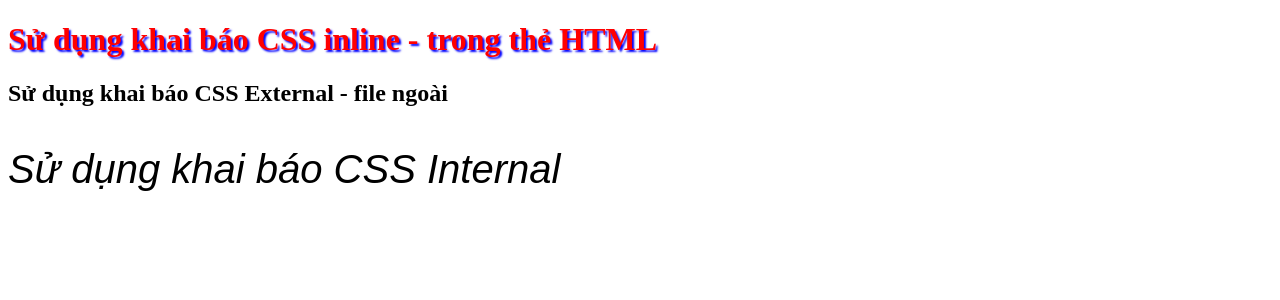
Repository: Pr-DuyTam/HTML-CSS-JS-PHP
Page: CSS/Bài Tập CSS/Bai1.html
These files come from the project's save history. The page is drawn as it stood at one moment and after a run of saves; the edit follows.
The browser window is 1280 px wide. The pictures show the whole page.

Above is the page before, as saved 2023-08-03 08:40:04.

### CSS/Bài Tập CSS/Bai1.html
<!DOCTYPE html>
<html lang="en">
<head>
    <meta charset="UTF-8">
    <meta name="viewport" content="width=device-width, initial-scale=1.0">
    <title>Bài tập 1</title>
    <style>
        h1{
            color: red;
            text-shadow: 2px 2px 2px blue; /*Tạo bóng cho chữ*/
        }
        p{
            font-family: Arial, Helvetica, sans-serif; /*Phông chữ*/
            font-size: 40px; /*cỡ chữ*/
            font-style: italic; /*Chữ nghiêng*/
            font-weight: 200; /*Độ dày của chữ*/

        }
    </style>
</head>
<body>
    <h1 >
        Sử dụng khai báo CSS inline - trong thẻ HTML
    </h1>
    <h2>Sử dụng khai báo CSS External - file ngoài</h2>
    <p>Sử dụng khai báo CSS Internal</p>
</body>
</html>

After the next 2 saves:
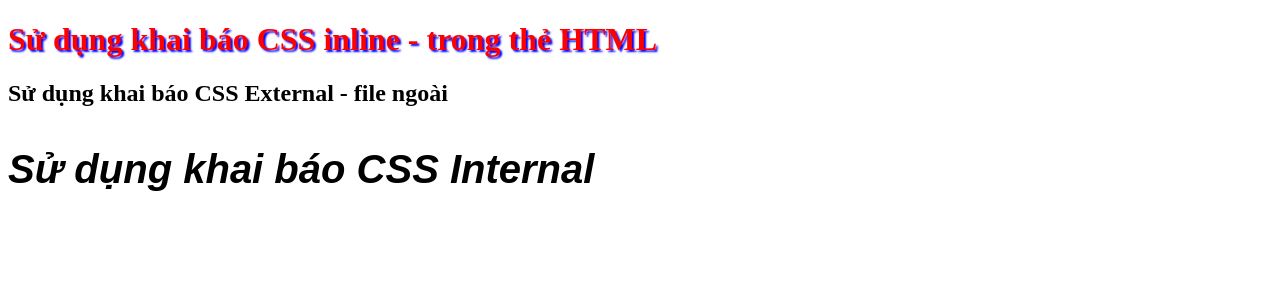
The 2 saves are shown as one change because they came seconds apart.
The last was saved 14 s later.
--- a/CSS/Bài Tập CSS/Bai1.html
+++ b/CSS/Bài Tập CSS/Bai1.html
@@ -13,7 +13,7 @@
             font-family: Arial, Helvetica, sans-serif; /*Phông chữ*/
             font-size: 40px; /*cỡ chữ*/
             font-style: italic; /*Chữ nghiêng*/
-            font-weight: 200; /*Độ dày của chữ*/
+            font-weight: 900; /*Độ dày của chữ*/
 
         }
     </style>
